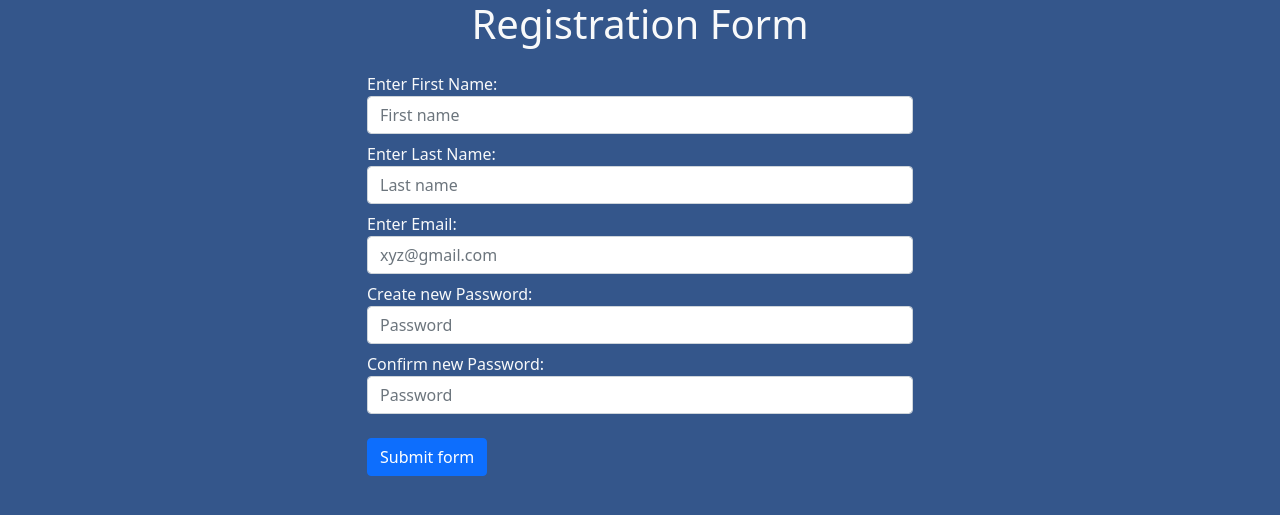
Repository: paresh-art/MyWebsite
Page: http://localhost/com.website/signup.jsp
These files come from the project's save history. The page is drawn as it stood at one moment and after the next save; the edit follows.
The browser window is 1280 px wide. The pictures show the whole page.
The page is served by Tomcat 9. Other server files are loaded and not shown.

Above is the page before, as saved 2022-11-07 15:07:11.

### com.website/src/main/webapp/signup.jsp
<%@ page language="java" contentType="text/html; charset=UTF-8"
	pageEncoding="UTF-8"%>
<!doctype html>
<html lang="en">
<head>
<!-- Required meta tags -->
<meta charset="utf-8">
<meta name="viewport" content="width=device-width, initial-scale=1">
<link href="styles.css" rel="mystylesheet">
<!-- Bootstrap CSS -->
<link
	href="https://cdn.jsdelivr.net/npm/bootstrap@5.0.2/dist/css/bootstrap.min.css"
	rel="stylesheet"
	integrity="sha384-EVSTQN3/azprG1Anm3QDgpJLIm9Nao0Yz1ztcQTwFspd3yD65VohhpuuCOmLASjC"
	crossorigin="anonymous">

<title>Hello, world!</title>
</head>
<body style="background-color:#34568B;">
	<div class="container">
		<h1 class="mx-auto text-center text-light">Registration Form</h1>
		<form class="mt-4">
			<div class="row">
				<div class="col-lg-6 col-md-8 col-sm-12 mx-auto text-light">
					Enter First Name:<input type="text" class="form-control"
						placeholder="First name">
				</div>
			</div>

			<div class="row mt-2">
				<div class="col-lg-6 col-md-8 col-sm-12 mx-auto text-light">
					Enter Last Name:<input type="text" class="form-control"
						placeholder="Last name" >
				</div>
			</div>
			<div class="row mt-2">
				<div class="col-lg-6 col-md-8 col-sm-12 mx-auto text-light">
					Enter Email:<input type="text" class="form-control"
						placeholder="xyz@gmail.com">
				</div>
			</div>
			<div class="row mt-2">
				<div class="col-lg-6 col-md-8 col-sm-12 mx-auto text-light">
					Create new Password:<input type="password" class="form-control"
						placeholder="Password">
				</div>
			</div>
			<div class="row mt-2">
				<div class="col-lg-6 col-md-8 col-sm-12 mx-auto text-light">
					Confirm new Password:<input type="password" class="form-control"
						placeholder="Password">
				</div>
			</div>
			<br>
			<div class="row">
				<div class="col-lg-6 col-md-8 col-sm-12 mx-auto text-light">
					<button class="btn btn-primary " type="submit">Submit form</button>
				</div>

			</div>
		</form>


		<!-- Optional JavaScript; choose one of the two! -->

		<!-- Option 1: Bootstrap Bundle with Popper -->
		<script
			src="https://cdn.jsdelivr.net/npm/bootstrap@5.0.2/dist/js/bootstrap.bundle.min.js"
			integrity="sha384-MrcW6ZMFYlzcLA8Nl+NtUVF0sA7MsXsP1UyJoMp4YLEuNSfAP+JcXn/tWtIaxVXM"
			crossorigin="anonymous"></script>

		<!-- Option 2: Separate Popper and Bootstrap JS -->
		<!--
    <script src="https://cdn.jsdelivr.net/npm/@popperjs/core@2.9.2/dist/umd/popper.min.js" integrity="sha384-IQsoLXl5PILFhosVNubq5LC7Qb9DXgDA9i+tQ8Zj3iwWAwPtgFTxbJ8NT4GN1R8p" crossorigin="anonymous"></script>
    <script src="https://cdn.jsdelivr.net/npm/bootstrap@5.0.2/dist/js/bootstrap.min.js" integrity="sha384-cVKIPhGWiC2Al4u+LWgxfKTRIcfu0JTxR+EQDz/bgldoEyl4H0zUF0QKbrJ0EcQF" crossorigin="anonymous"></script>
    -->
</body>
</html>

After the next save:
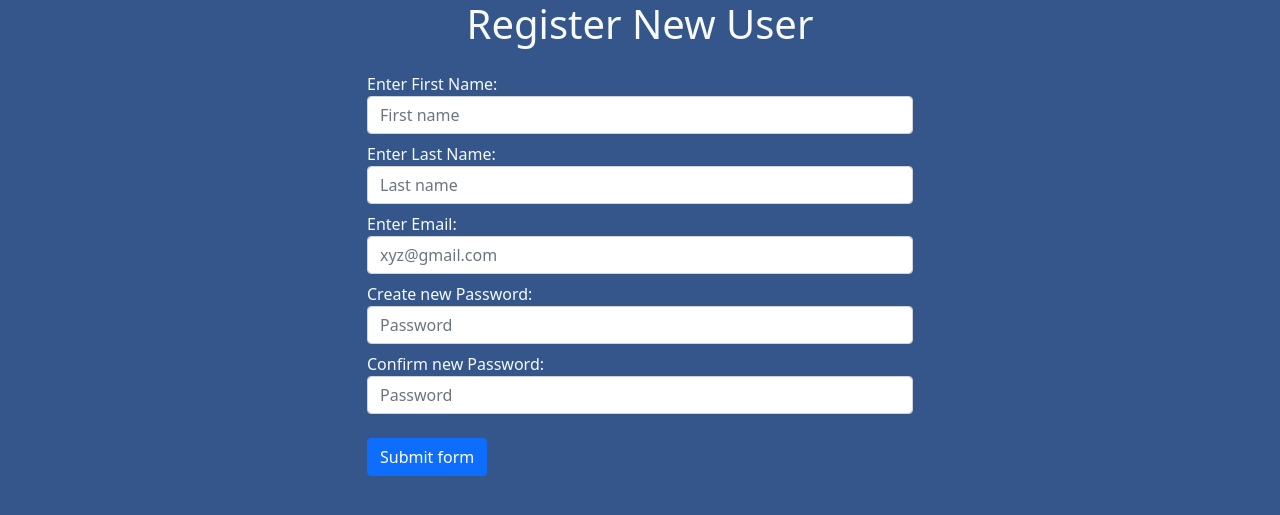
Saved 31 s later.
--- a/com.website/src/main/webapp/signup.jsp
+++ b/com.website/src/main/webapp/signup.jsp
@@ -18,7 +18,7 @@
 </head>
 <body style="background-color:#34568B;">
 	<div class="container">
-		<h1 class="mx-auto text-center text-light">Registration Form</h1>
+		<h1 class="mx-auto text-center text-light">Register New User</h1>
 		<form class="mt-4">
 			<div class="row">
 				<div class="col-lg-6 col-md-8 col-sm-12 mx-auto text-light">
